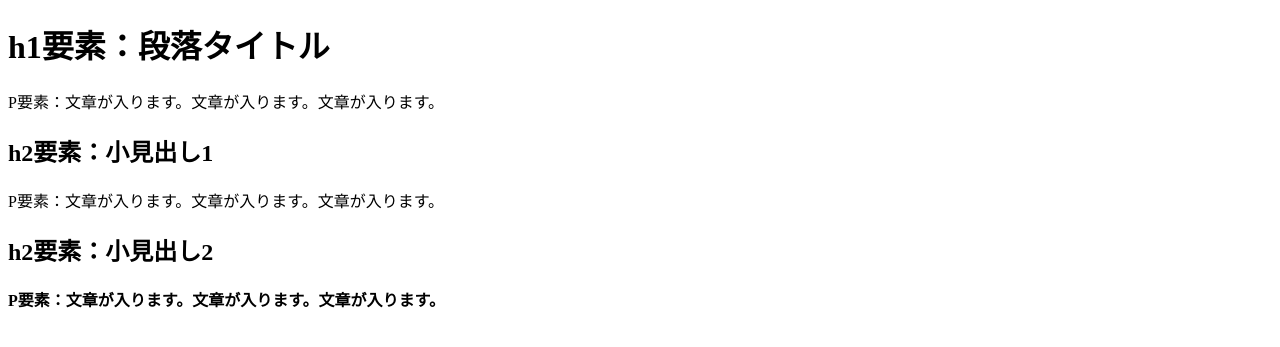
Repository: shota-123/samurai_HTML-CSS
Page: index.html
The author's editor kept a record of every edit. The page is drawn from the files as they stood at one moment, then again after the next edit.
The browser window is 1280 px wide. The pictures show the whole page.

Above is the page before.

### index.html
<!DOCTYPE html>
<html lang="ja">
    <head>
        <meta charset="UTF-8">
        <meta name="viewport" content="width=device-width, initial-scale=1.0">
        <meta http-equiv="X-UA-Compatible" content="ie=edge">
        <title>HTML/CSSの学習</title>
    </head>
    <body>
        <h1 class="blue">h1要素：段落タイトル</h1>
        <p>P要素：文章が入ります。文章が入ります。文章が入ります。</p>
        <h2 class="blue">h2要素：小見出し1</h2>
        <p style="fs-25">
            P要素：文章が入ります。文章が入ります。文章が入ります。
        </p>
        <h2 id="red">h2要素：小見出し2</h2>
        <p style="font-weight: bold;">
            P要素：文章が入ります。文章が入ります。文章が入ります。
        </p>
    </body>
</html>

After the next edit:
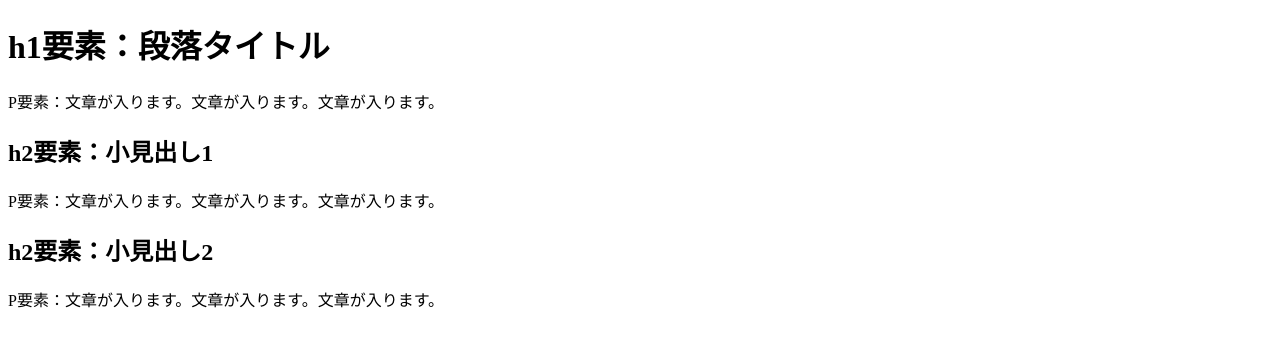
The edit:
--- a/index.html
+++ b/index.html
@@ -14,7 +14,7 @@
             P要素：文章が入ります。文章が入ります。文章が入ります。
         </p>
         <h2 id="red">h2要素：小見出し2</h2>
-        <p style="font-weight: bold;">
+        <p style="fw-bold">
             P要素：文章が入ります。文章が入ります。文章が入ります。
         </p>
     </body>
